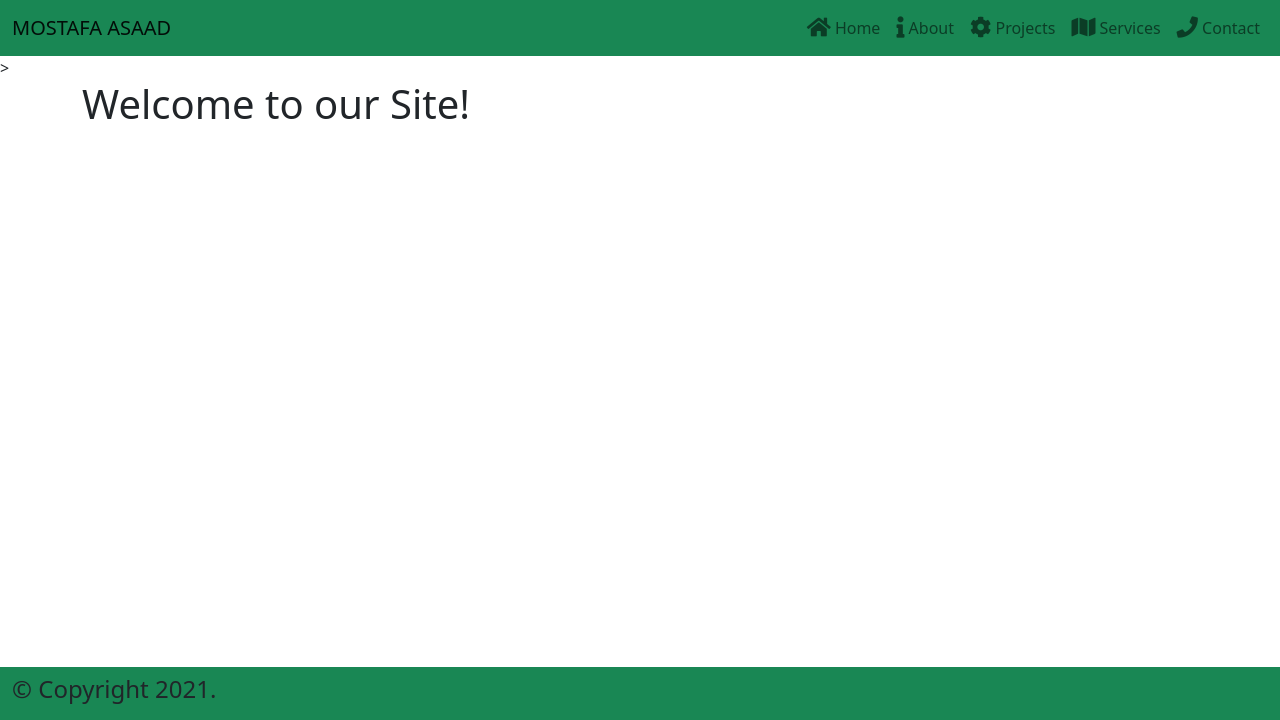
Repository: Mostafa-Asaad/Portfolio
Page: http://localhost/
These files come from the project's save history. The page is drawn as it stood at one moment and after the next save; the edit follows.
The browser window is 1280 px wide. The pictures show the whole page.
The page is served by the project's Node server (index.js).

Above is the page before, as saved 2021-06-04 17:58:44.

After the next save:
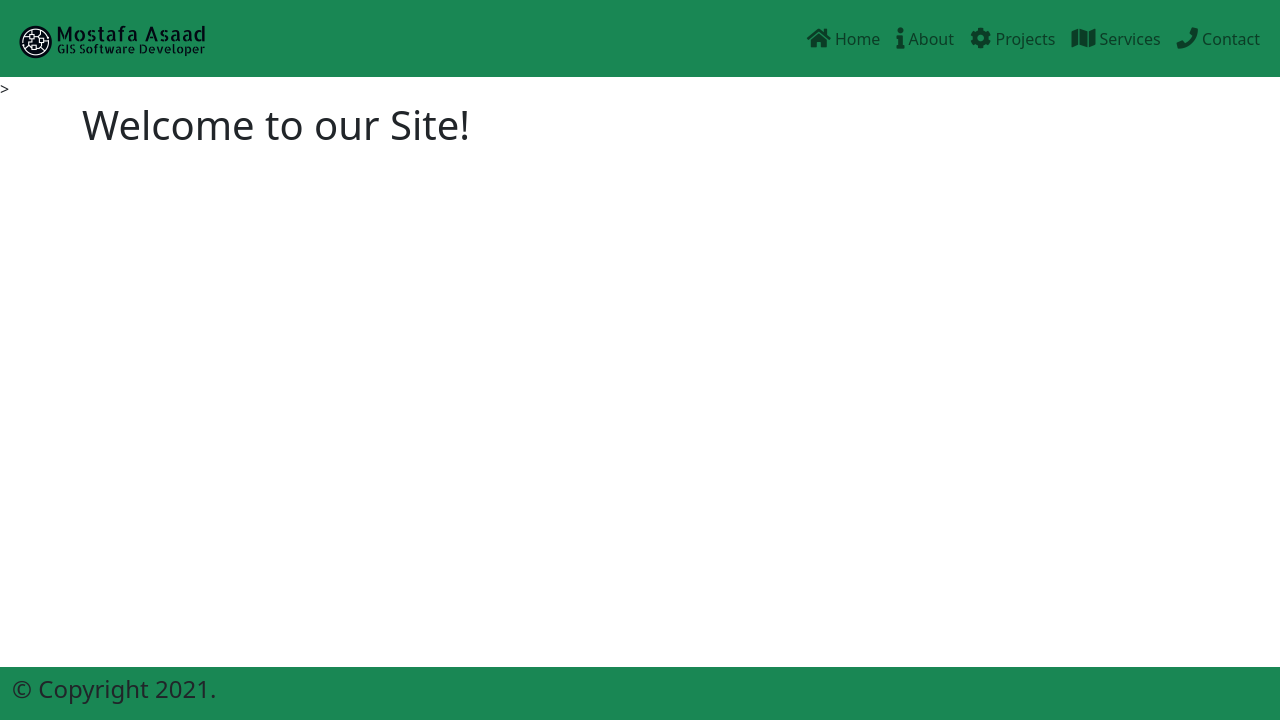
Saved 9 min 5 s later.
--- a/Server/Views/components/header.ejs
+++ b/Server/Views/components/header.ejs
@@ -1,6 +1,6 @@
 <nav class="navbar navbar-expand-lg navbar-light bg-success">
     <div class="container-fluid">
-      <a class="navbar-brand" href="/home">MOSTAFA ASAAD</a>
+      <a class="navbar-brand" href="/home"><img class="img-responsive2" src="/Client/Assets/images/Logo.png"></a>
       <button class="navbar-toggler" type="button" data-bs-toggle="collapse" data-bs-target="#navbarSupportedContent" aria-controls="navbarSupportedContent" aria-expanded="false" aria-label="Toggle navigation">
         <span class="navbar-toggler-icon"></span>
       </button>
